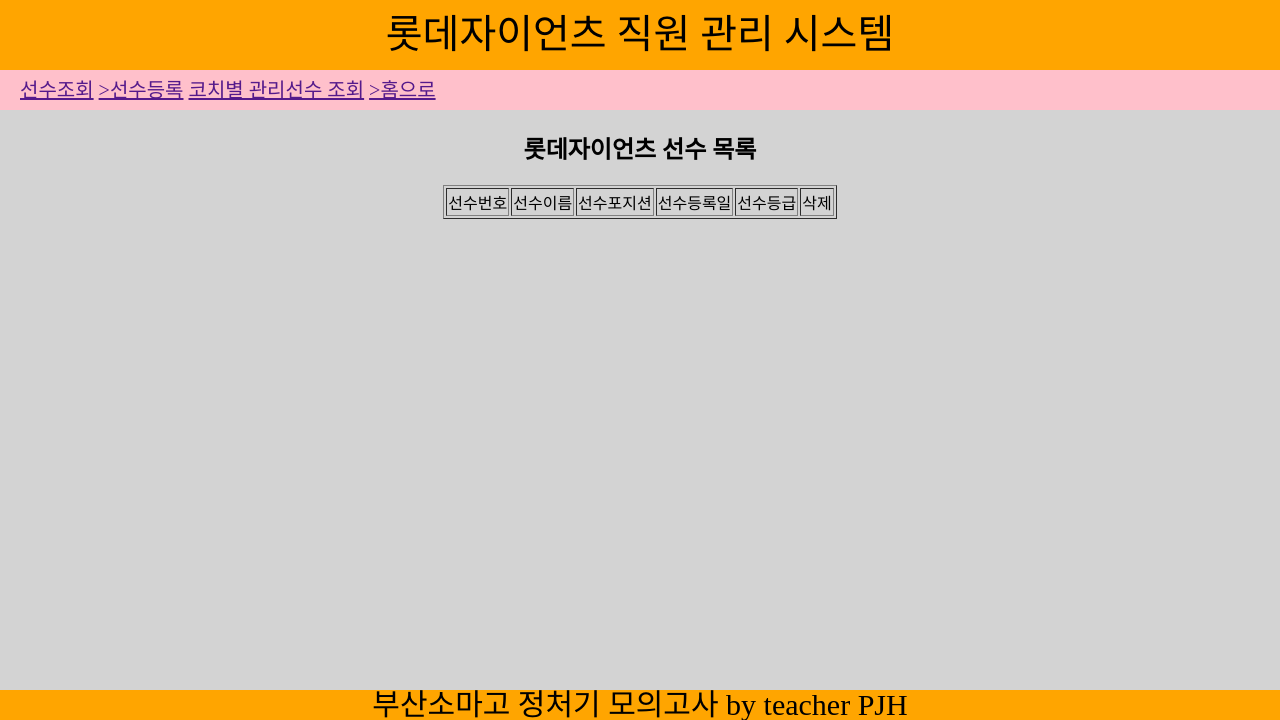
Repository: wjddn0719/I_hate_web
Page: http://localhost/HRD_2412/list.jsp
These files come from the project's save history. The page is drawn as it stood at one moment and after the next save; the edit follows.
The browser window is 1280 px wide. The pictures show the whole page.
The page is served by Tomcat 9. Queries for data that is not in the repository find no rows.

Above is the page before, as saved 2026-03-16 07:56:34.

After the next save:
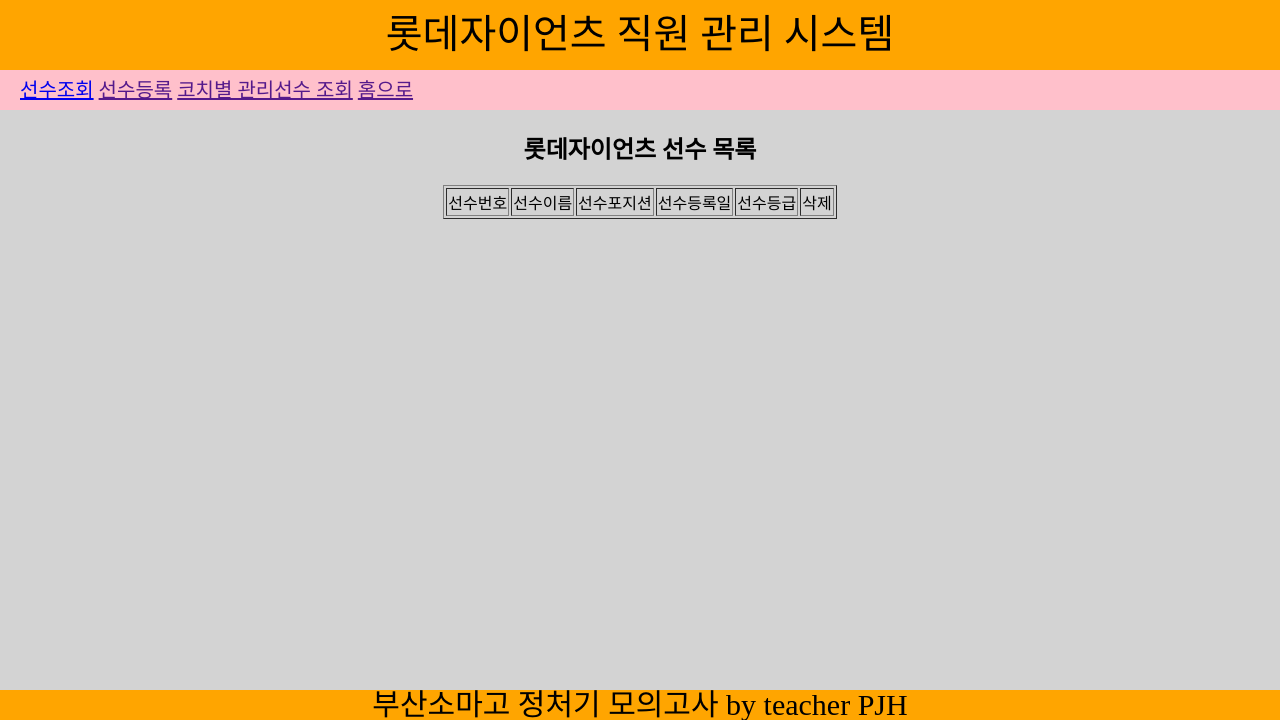
Saved 85 s later.
--- a/HRD_2412/src/main/webapp/header.jsp
+++ b/HRD_2412/src/main/webapp/header.jsp
@@ -4,15 +4,16 @@
 <html>
 <head>
 <meta charset="UTF-8">
+<link href="style.css" rel = "stylesheet">
 <title>Insert title here</title>
 </head>
 <body>
 <header>롯데자이언츠 직원 관리 시스템</header>
 <nav>
-	<a href = "">선수조회</a>
-	<a href = "">>선수등록</a>
+	<a href = "list.jsp">선수조회</a>
+	<a href = "">선수등록</a>
 	<a href = "">코치별 관리선수 조회</a>
-	<a href = "">>홈으로</a>
+	<a href = "">홈으로</a>
 	</nav>
 </body>
 </html>
